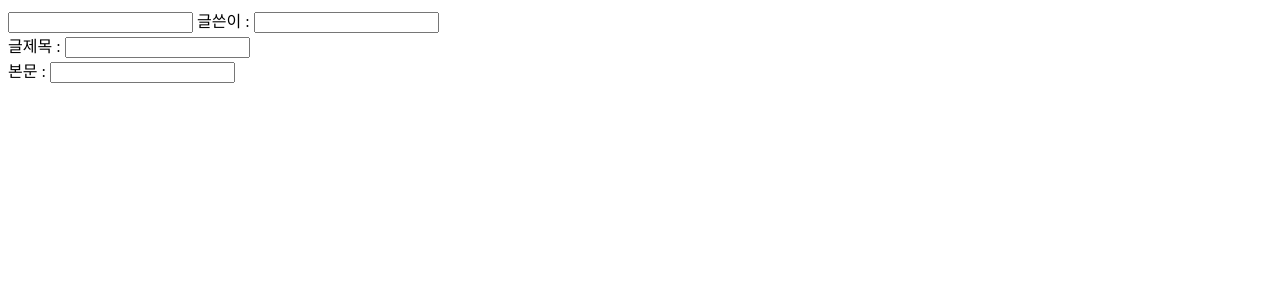
Repository: HeeMang28/jsp2
Page: http://localhost/MyFirstWeb/board/boardInsertForm.jsp
The author's editor kept a copy of each file at every save. The page is drawn from the files as they stood at one save, then again after the next save.
The browser window is 1280 px wide. The pictures show the whole page.
The page is served by Tomcat 9.

Above is the page before, as saved 2022-04-19 10:12:21.

After the next save:
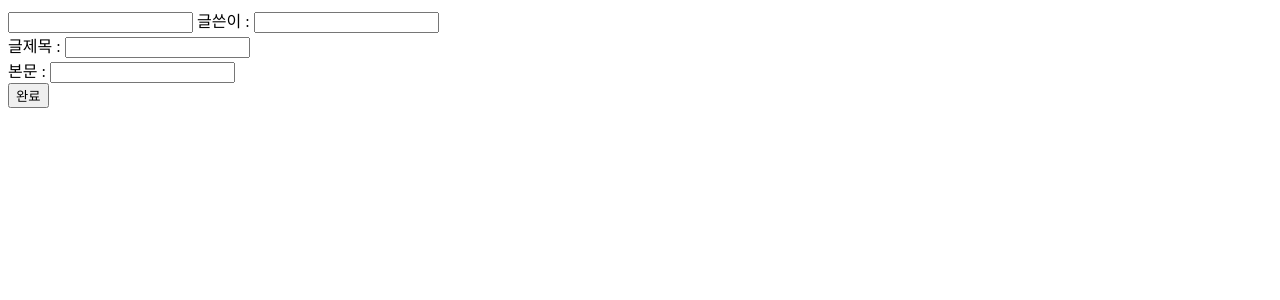
Saved 42 s later.
--- a/MyFirstWeb/src/main/webapp/board/boardInsertForm.jsp
+++ b/MyFirstWeb/src/main/webapp/board/boardInsertForm.jsp
@@ -11,6 +11,7 @@
 	글쓴이 : <input type="text" name="writer"/> <br/>
 	글제목 : <input type="text" name="title"/> <br/>
 	본문 : <input type="text" name="content"/> <br/>
+	<input type="submit" value="완료"/> <br/>
 
 </body>
 </html>
